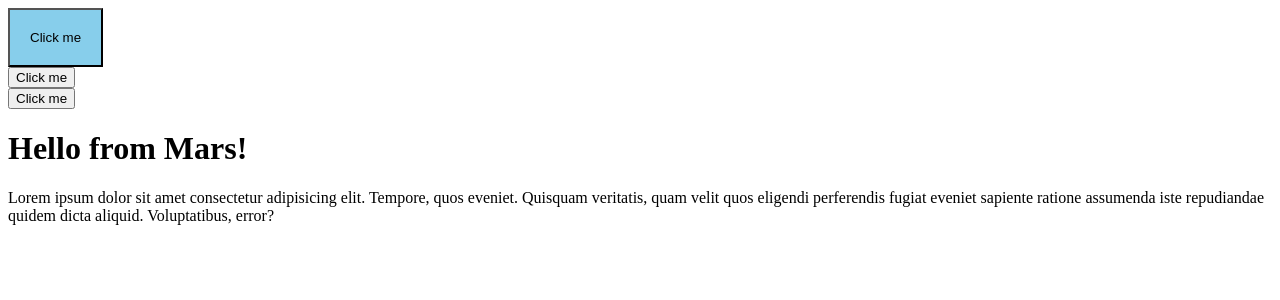
Repository: imokha01/DOM
Page: index.html
The author's editor kept a copy of each file at every save. The page is drawn from the files as they stood at one save, then again after the next save.
The browser window is 1280 px wide. The pictures show the whole page.

Above is the page before, as saved 2023-12-18 11:58:59.

After the next save:
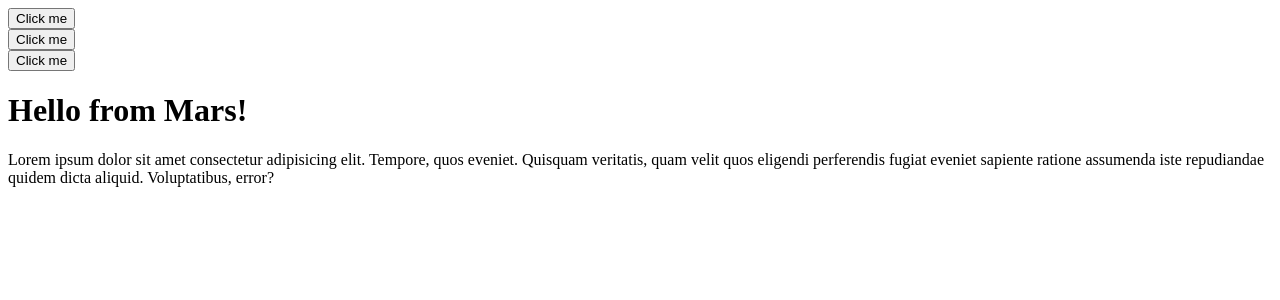
Console error: SyntaxError: Invalid left-hand side in assignment
Saved 14 s later.
--- a/index.js
+++ b/index.js
@@ -1,5 +1,5 @@
 const button = document.getElementsByTagName("button")[0]
 console.log(button)
 
-button.style.background = "skyblue"
+button.style.background-color = "skyblue"
 button.style.padding = "20px";

After the save that followed:
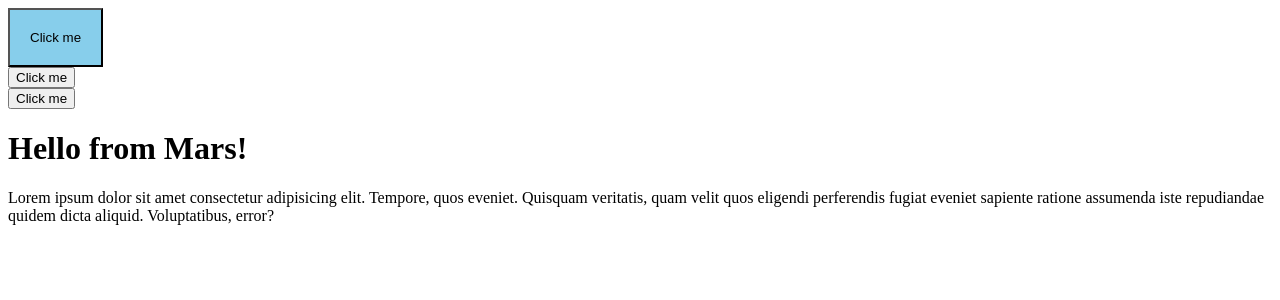
The error is gone.
Saved 10 s later.
--- a/index.js
+++ b/index.js
@@ -1,5 +1,5 @@
 const button = document.getElementsByTagName("button")[0]
 console.log(button)
 
-button.style.background-color = "skyblue"
+button.style.background = "skyblue"
 button.style.padding = "20px";
